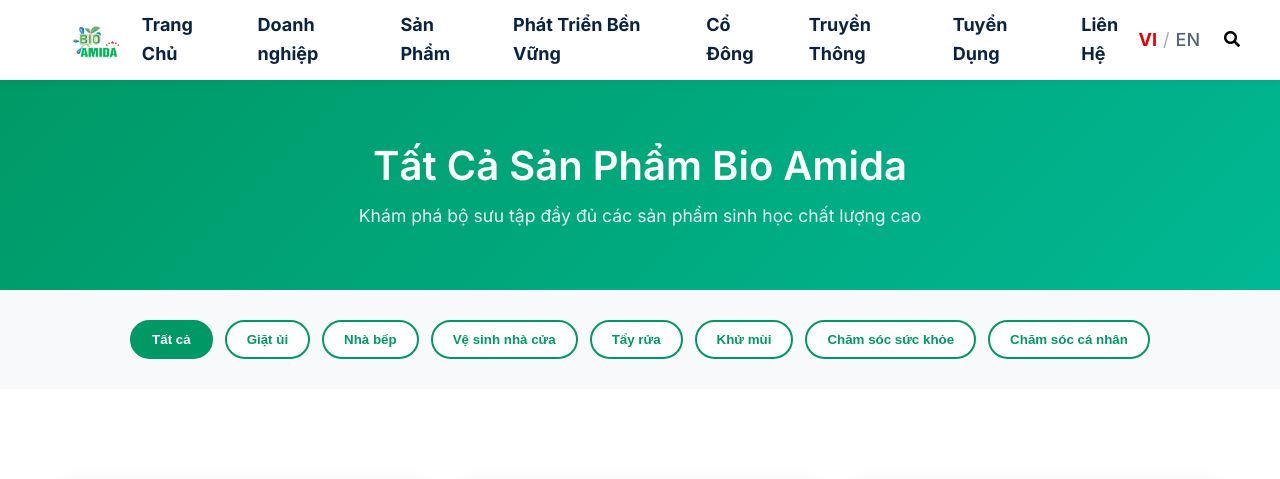
Repository: Thanhnebe/huunhat
Page: products.html
The author's editor kept a copy of each file at every save. The page is drawn from the files as they stood at one save, then again after the next save.
The browser window is 1280 px wide. The pictures show the part of the page from y = 0 to 479 px (the page is 4684 px tall).
Pictures or frames that could not be fetched are drawn as grey boxes.

Above is the page before, as saved 2025-07-19 12:37:27.

After the next save:
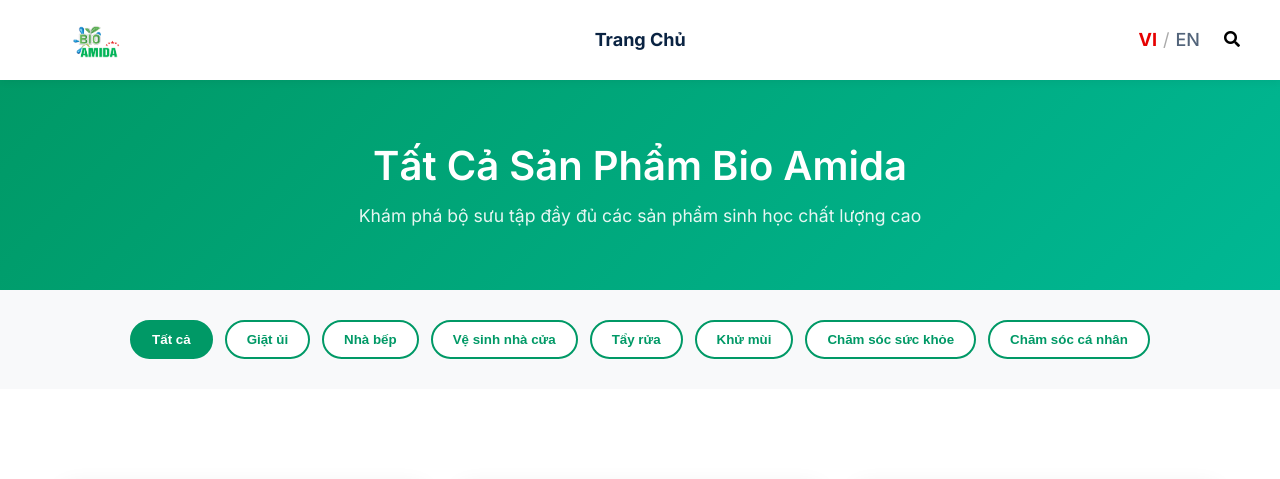
Saved 81 s later.
--- a/products.html
+++ b/products.html
@@ -19,13 +19,6 @@
             <nav class="nav-desktop">
                 <ul>
                     <li><a href="index.html">Trang Chủ</a></li>
-                    <li><a href="#doanh-nghiep">Doanh nghiệp</a></li>
-                    <li><a href="#san-pham">Sản Phẩm</a></li>
-                    <li><a href="#phat-trien">Phát Triển Bền Vững</a></li>
-                    <li><a href="#co-dong">Cổ Đông</a></li>
-                    <li><a href="#truyen-thong">Truyền Thông</a></li>
-                    <li><a href="#tuyen-dung">Tuyển Dụng</a></li>
-                    <li><a href="#lien-he">Liên Hệ</a></li>
                 </ul>
             </nav>
             <div class="header-actions">
